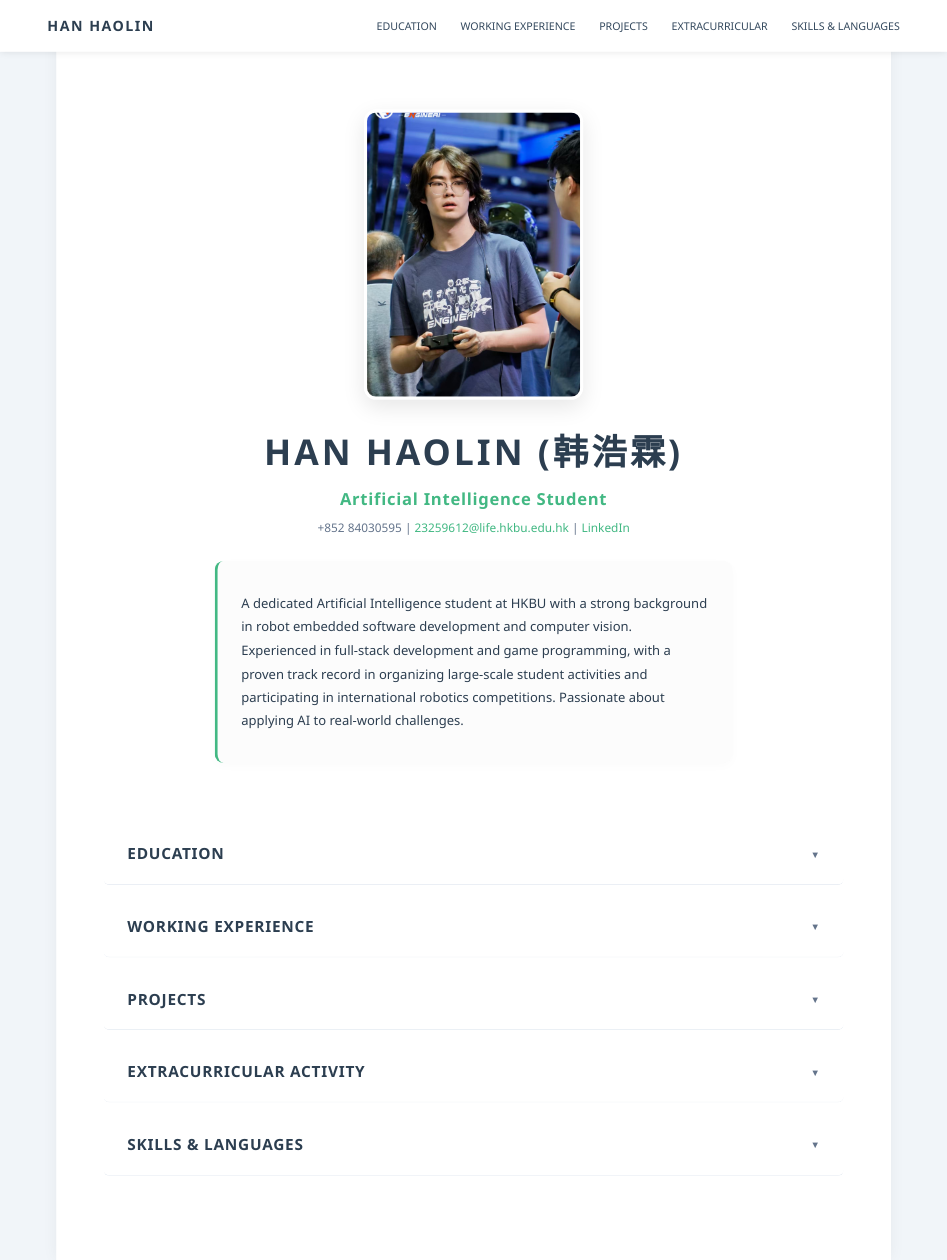
Repository: hhl2802149944-afk/hhl2802149944-afk.github.io
Page: /
The author's editor kept a copy of each file at every save. The page is drawn from the files as they stood at one save, then again after a run of saves.
The browser window is 1280 px wide. The pictures show the whole page, at 74% of full size.
The project was rebuilt for these pictures with package versions that can differ from the ones it lists, and the page was loaded fresh each time. Also part of the build but not shown: vite.config.js, src/components/ProjectCard.vue.

Above is the page before, as saved 2026-01-19 15:23:45.

### index.html
<!DOCTYPE html>
<html lang="en">
  <head>
    <meta charset="UTF-8">
    <link rel="icon" href="/favicon.ico">
    <meta name="viewport" content="width=device-width, initial-scale=1.0">
    <title>Han Haolin - Resume</title>
  </head>
  <body>
    <div id="app"></div>
    <script type="module" src="/src/main.js"></script>
  </body>
</html>

### src/App.vue
<script setup>
import { RouterView } from 'vue-router'
</script>

<template>
  <RouterView />
</template>

<style>
/* Global styles can go here */
</style>

### src/assets/main.css
:root {
  --primary-color: #2c3e50;
  --secondary-color: #34495e;
  --accent-color: #42b883;
  --text-color: #2c3e50;
  --light-text: #64748b;
  --bg-color: #f1f5f9;
  --card-bg: #ffffff;
  --border-color: #e2e8f0;
}

body {
  margin: 0;
  font-family: 'Segoe UI', Roboto, Helvetica, Arial, sans-serif;
  background-color: var(--bg-color);
  color: var(--text-color);
  line-height: 1.6;
}

#app {
  max-width: 1000px;
  margin: 0 auto;
  min-height: 100vh;
  background-color: white;
  box-shadow: 0 0 20px rgba(0,0,0,0.05);
  padding: 3rem 4rem;
}

h1, h2, h3, h4 {
  color: var(--primary-color);
  margin-top: 0;
}

a {
  color: var(--accent-color);
  text-decoration: none;
  transition: color 0.2s;
}

a:hover {
  color: var(--secondary-color);
  text-decoration: underline;
}

@media (max-width: 768px) {
  #app {
    padding: 2rem;
  }
}

@media (max-width: 480px) {
  #app {
    padding: 1rem;
  }
}

### src/views/HomeView.vue
<script setup>
import NavBar from '../components/NavBar.vue'
import ResumeHeader from '../components/ResumeHeader.vue'
import ResumeSection from '../components/ResumeSection.vue'
import ProjectCard from '../components/ProjectCard.vue'

const resumeData = {
  name: "Han Haolin (韩浩霖)",
  title: "Artificial Intelligence Student",
  summary: "A dedicated Artificial Intelligence student at HKBU with a strong background in robot embedded software development and computer vision. Experienced in full-stack development and game programming, with a proven track record in organizing large-scale student activities and participating in international robotics competitions. Passionate about applying AI to real-world challenges.",
  contact: {
    phone: "+852 84030595",
    email: "23259612@life.hkbu.edu.hk",
    linkedin: "https://linkedin.com/in/HaolinHAN"
  },
  education: {
    school: "Hong Kong Baptist University",
    major: "Artificial Intelligence",
    gpa: "3.01/4",
    courses: ["Artificial Intelligence and Machine Learning", "Software Engineering", "Data Communications and Networking"]
  },
  experience: [
    {
      name: "EngineAI Robotics Technology Co., Ltd.",
      date: "May - Aug 2025",
      role: "Robot Embedded Software Intern",
      details: [
        "Learning robot embedded software development based on the Ubuntu system, conducting factory testing of products and developing with the Intel RealSense D435i.",
        "Participate in world-class artificial intelligence exhibitions such as Macau EXPO and WRC, showcasing company products while conducting market research and sales activities"
      ]
    },
    {
      name: "Student Helper for Computer Science",
      date: "Nov - Dec 2024",
      role: "Hong Kong Baptist University",
      details: [
        "Facilitated weekly Python programming labs under professor supervision.",
        "Providing hands-on coding guidance to 30+ undergraduate students."
      ]
    }
  ],
  projects: [
    {
      name: "Internship Management System Documentation",
      date: "Oct 2025 - Dec 2025",
      role: "Software Engineering Project",
      details: [
        "Proposal for Enhancements and Testing Plan for the Internship System.",
        "Total: 105 pages, 13,377 words."
      ]
    },
    {
      name: "Online Multiplayer Drawing and Chat Platform",
      date: "2025",
      role: "Full-Stack Developer",
      details: [
        "Designed and implemented a real-time multiplayer drawing and chat system.",
        "Full-Stack Design for a Library Management Website."
      ]
    },
    {
      name: "Java Game Development Portfolio",
      date: "2024",
      role: "Game Programmer",
      details: [
        "Successfully developed three classic games: Labyrinth, Tetris, and Modern Art.",
        "Designed and developed an original computer game as an independent project."
      ]
    },
    {
      name: "Soccer Recognition AI System",
      date: "2025",
      role: "AI Developer",
      details: [
        "Developed an autonomous model for identifying and tracking players and the ball in soccer footage.",
        "Implemented computer vision algorithms to process real-time sports video data."
      ]
    }
  ],
  extracurricular: [
    {
      name: "Internal Vice President",
      date: "Apr 2024 - Apr 2025",
      role: "HKBU Chinese Students and Scholars Association",
      details: [
        "Communicated with executive board members, organized team building, and improved cohesion.",
        "Organised a two-week orientation programme for 300 new mainland students.",
        "Managed a total of 13 events during the year."
      ]
    },
    {
      name: "ROBOCON 2025，HKBU",
      date: "Dec 2024 - Jan 2025",
      role: "Mechanical Design and Programming Engineer",
      details: [
        "Mechanical designer for the HKBU team in the 2025 Robocon robotics competition.",
        "Assisted with site identification and programming of AI autonomous task modules."
      ]
    }
  ],
  skills: {
    programming: ["Python", "Java", "Javascript", "HTML", "Markdown"],
    ai_tech: ["CNN", "RNN", "GAN", "Ubuntu"],
    publicity: ["Canva", "WeChat Public", "Capcut"]
  },
  languages: [
    { name: "Mandarin", level: "Native" },
    { name: "English", level: "Fluent" },
    { name: "Cantonese", level: "Basic" }
  ]
}
</script>

<template>
  <NavBar />
  <main class="resume-container">
    <ResumeHeader
      :name="resumeData.name"
      :title="resumeData.title"
      :contact="resumeData.contact"
      :summary="resumeData.summary"
    />

    <ResumeSection title="Education" id="education">
      <div class="education-item">
        <div class="edu-header">
          <h3>{{ resumeData.education.school }}</h3>
          <span class="gpa">cGPA: {{ resumeData.education.gpa }}</span>
        </div>
        <p class="major">Major: {{ resumeData.education.major }}</p>
        <p class="courses"><strong>Core Courses:</strong> {{ resumeData.education.courses.join(', ') }}</p>
      </div>
    </ResumeSection>

    <ResumeSection title="Working Experience" id="experience">
      <ProjectCard
        v-for="(exp, index) in resumeData.experience"
        :key="index"
        :project="exp"
      />
    </ResumeSection>

    <ResumeSection title="Projects" id="projects">
      <ProjectCard
        v-for="(proj, index) in resumeData.projects"
        :key="index"
        :project="proj"
      />
    </ResumeSection>

    <ResumeSection title="Extracurricular Activity" id="extracurricular">
      <ProjectCard
        v-for="(item, index) in resumeData.extracurricular"
        :key="index"
        :project="item"
      />
    </ResumeSection>

    <ResumeSection title="Skills & Languages" id="skills">
      <div class="skills-lang-grid">
        <div class="skills-grid">
          <div class="skill-category">
            <h4>Programming</h4>
            <div class="skill-tags">
              <span v-for="skill in resumeData.skills.programming" :key="skill" class="tag">{{ skill }}</span>
            </div>
          </div>
          <div class="skill-category">
            <h4>AI & Tools</h4>
            <div class="skill-tags">
              <span v-for="skill in resumeData.skills.ai_tech" :key="skill" class="tag">{{ skill }}</span>
            </div>
          </div>
          <div class="skill-category">
            <h4>Publicity & Design</h4>
            <div class="skill-tags">
              <span v-for="skill in resumeData.skills.publicity" :key="skill" class="tag">{{ skill }}</span>
            </div>
          </div>
        </div>

        <div class="lang-list">
          <div v-for="lang in resumeData.languages" :key="lang.name" class="lang-item">
            <span class="lang-name">{{ lang.name }}</span>
            <span class="lang-level">{{ lang.level }}</span>
          </div>
        </div>
      </div>
    </ResumeSection>
  </main>
</template>

<style scoped>
.resume-container {
  padding-bottom: 50px;
}

.education-item {
  margin-bottom: 1.5rem;
}

.edu-header {
  display: flex;
  justify-content: space-between;
  align-items: center;
}

.major {
  font-weight: bold;
  color: var(--accent-color);
  margin: 0.2rem 0;
}

.courses {
  font-size: 0.9rem;
  color: #555;
}

.skills-lang-grid {
  display: grid;
  grid-template-columns: 2fr 1fr;
  gap: 2rem;
  align-items: start;
}

.skills-grid {
  display: flex;
  flex-direction: column;
  gap: 1.5rem;
}

.skill-category h4 {
  margin-bottom: 1rem;
  color: var(--secondary-color);
  border-bottom: 1px solid #ddd;
  padding-bottom: 0.3rem;
  font-size: 1rem;
}

.skill-tags {
  display: flex;
  flex-wrap: wrap;
  gap: 0.5rem;
}

.tag {
  background: #eef2f7;
  padding: 0.3rem 0.8rem;
  border-radius: 15px;
  font-size: 0.85rem;
  color: var(--primary-color);
}

.lang-list {
  display: flex;
  flex-direction: column;
  gap: 0.8rem;
}

.lang-item {
  display: flex;
  justify-content: space-between;
  padding: 0.5rem;
  background: white;
  border-radius: 4px;
  border-left: 3px solid var(--accent-color);
  box-shadow: 0 1px 3px rgba(0,0,0,0.05);
}

.lang-name {
  font-weight: bold;
}

.lang-level {
  color: #666;
  font-size: 0.9rem;
}

@media (max-width: 768px) {
  .skills-lang-grid {
    grid-template-columns: 1fr;
  }
}
</style>

### src/components/NavBar.vue
<script setup>
import { ref } from 'vue'

const isMenuOpen = ref(false)

const sections = [
  { id: 'education', name: 'Education' },
  { id: 'experience', name: 'Working Experience' },
  { id: 'projects', name: 'Projects' },
  { id: 'extracurricular', name: 'Extracurricular' },
  { id: 'skills', name: 'Skills & Languages' }
]

const scrollToSection = (id) => {
  const el = document.getElementById(id)
  if (el) {
    el.scrollIntoView({ behavior: 'smooth' })
  }
  isMenuOpen.value = false
}
</script>

<template>
  <nav class="navbar">
    <div class="nav-container">
      <div class="nav-logo" @click="scrollToSection('hero')">HAN HAOLIN</div>

      <div class="nav-links" :class="{ 'nav-active': isMenuOpen }">
        <div v-for="section in sections"
             :key="section.id"
             class="nav-item"
             @click="scrollToSection(section.id)">
          {{ section.name }}
        </div>
      </div>

      <div class="burger" @click="isMenuOpen = !isMenuOpen">
        <div class="line1"></div>
        <div class="line2"></div>
        <div class="line3"></div>
      </div>
    </div>
  </nav>
</template>

<style scoped>
.navbar {
  position: fixed;
  top: 0;
  left: 0;
  width: 100%;
  height: 70px;
  background: white;
  display: flex;
  justify-content: center;
  align-items: center;
  z-index: 1000;
  box-shadow: 0 2px 10px rgba(0,0,0,0.1);
}

.nav-container {
  width: 90%;
  max-width: 1200px;
  display: flex;
  justify-content: space-between;
  align-items: center;
}

.nav-logo {
  font-weight: bold;
  font-size: 1.2rem;
  letter-spacing: 2px;
  cursor: pointer;
  color: var(--primary-color);
}

.nav-links {
  display: flex;
  gap: 2rem;
}

.nav-item {
  cursor: pointer;
  font-weight: 500;
  color: var(--secondary-color);
  transition: color 0.3s;
  font-size: 0.9rem;
  text-transform: uppercase;
}

.nav-item:hover {
  color: var(--accent-color);
}

.burger {
  display: none;
  cursor: pointer;
}

.burger div {
  width: 25px;
  height: 3px;
  background-color: var(--primary-color);
  margin: 5px;
  transition: all 0.3s ease;
}

@media screen and (max-width: 768px) {
  .nav-links {
    position: absolute;
    right: 0px;
    height: 92vh;
    top: 70px;
    background-color: white;
    display: flex;
    flex-direction: column;
    align-items: center;
    width: 50%;
    transform: translateX(100%);
    transition: transform 0.5s ease-in;
    padding-top: 2rem;
  }

  .nav-links.nav-active {
    transform: translateX(0%);
  }

  .burger {
    display: block;
  }
}
</style>

### src/components/ResumeHeader.vue
<script setup>
defineProps({
  name: String,
  title: String,
  contact: Object,
  summary: String
})

const imageUrl = '/assets/HAN Haolin.jpg'
</script>

<template>
  <header class="resume-header" id="hero">
    <div class="header-content">
      <div class="profile-pic-container">
        <img :src="imageUrl" alt="Han Haolin" class="profile-pic">
      </div>
      <div class="text-info">
        <h1>{{ name }}</h1>
        <p class="subtitle">{{ title }}</p>
        <div class="contact-info">
          <span>{{ contact.phone }}</span> |
          <a :href="'mailto:' + contact.email">{{ contact.email }}</a> |
          <a :href="contact.linkedin" target="_blank">LinkedIn</a>
        </div>
        <div class="about-me">
          <p>{{ summary }}</p>
        </div>
      </div>
    </div>
  </header>
</template>

<style scoped>
.resume-header {
  padding: 100px 0 50px 0;
  margin-bottom: 2rem;
  text-align: center;
}

.header-content {
  display: flex;
  flex-direction: column;
  align-items: center;
  gap: 2rem;
}

.text-info {
  max-width: 700px;
}

h1 {
  margin: 0;
  font-size: 3rem;
  text-transform: uppercase;
  letter-spacing: 4px;
  color: var(--primary-color);
}

.subtitle {
  font-size: 1.4rem;
  color: var(--accent-color);
  font-weight: 600;
  margin: 0.5rem 0;
  letter-spacing: 1px;
}

.contact-info {
  font-size: 1rem;
  color: var(--light-text);
  margin-bottom: 2rem;
}

.about-me {
  text-align: left;
  line-height: 1.8;
  font-size: 1.1rem;
  color: var(--text-color);
  background: #fcfcfc;
  padding: 1.5rem 2rem;
  border-radius: 12px;
  border-left: 4px solid var(--accent-color);
  box-shadow: 0 4px 15px rgba(0,0,0,0.02);
}

.profile-pic-container {
  width: 288px; /* 240 * 1.2 */
  height: 384px; /* 320 * 1.2 */
  border-radius: 16px;
  overflow: hidden;
  box-shadow: 0 10px 30px rgba(0,0,0,0.1);
  border: 4px solid white;
}

.profile-pic {
  width: 100%;
  height: 100%;
  object-fit: cover;
}

@media (max-width: 768px) {
  h1 { font-size: 2.2rem; }
  .profile-pic-container {
    width: 200px;
    height: 266px;
  }
}
</style>

### src/components/ResumeSection.vue
<script setup>
import { ref } from 'vue'

defineProps({
  title: String,
  id: String
})

const isOpen = ref(false)
</script>

<template>
  <section :id="id" class="resume-section">
    <div class="section-header" @click="isOpen = !isOpen">
      <h2>{{ title }}</h2>
      <span class="toggle-icon" :class="{ 'is-open': isOpen }">▼</span>
    </div>
    <transition name="fade">
      <div v-if="isOpen" class="section-content">
        <slot></slot>
      </div>
    </transition>
  </section>
</template>

<style scoped>
.resume-section {
  margin-bottom: 1rem;
  background: white;
  border-radius: 8px;
  overflow: hidden;
  border-bottom: 1px solid var(--border-color);
}

.section-header {
  padding: 1.5rem 2rem;
  display: flex;
  justify-content: space-between;
  align-items: center;
  cursor: pointer;
  background: #fff;
  transition: background 0.3s;
}

.section-header:hover {
  background: #fcfcfc;
}

h2 {
  font-size: 1.3rem;
  margin: 0;
  text-transform: uppercase;
  letter-spacing: 1px;
  color: var(--primary-color);
}

.toggle-icon {
  font-size: 0.8rem;
  transition: transform 0.3s;
  color: var(--light-text);
}

.toggle-icon.is-open {
  transform: rotate(180deg);
}

.section-content {
  padding: 0 2rem 2rem 2rem;
}

.fade-enter-active, .fade-leave-active {
  transition: opacity 0.3s ease, transform 0.3s ease;
}

.fade-enter-from, .fade-leave-to {
  opacity: 0;
  transform: translateY(-10px);
}
</style>

Loaded but not shown: src/main.js (common file); src/router/index.js (common file)

After the next 4 saves:
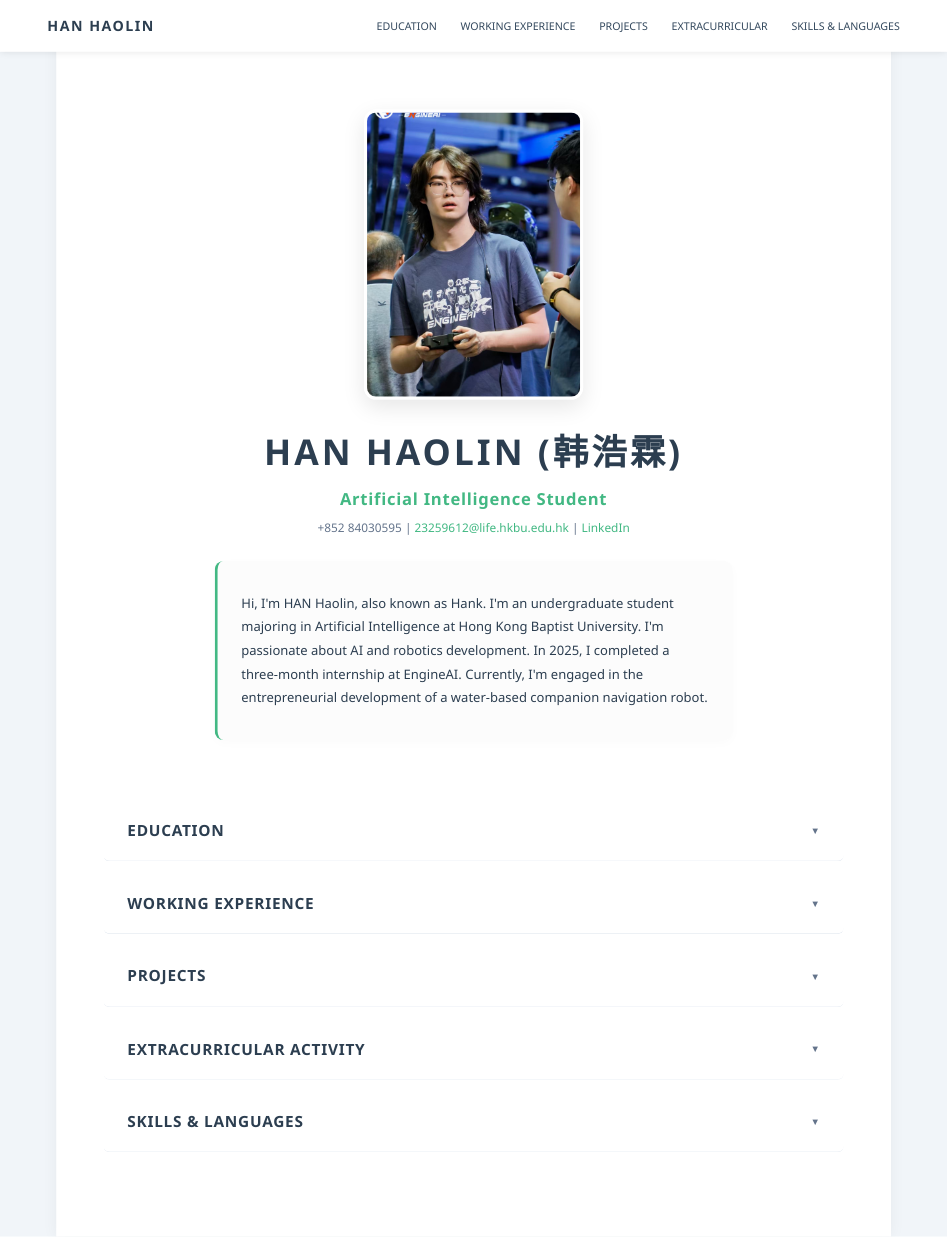
The 4 saves are shown as one change because 2 did not build or start and some came seconds apart.
The last was saved 12 min 29 s later.
--- a/src/views/HomeView.vue
+++ b/src/views/HomeView.vue
@@ -7,7 +7,7 @@ import ProjectCard from '../components/ProjectCard.vue'
 const resumeData = {
   name: "Han Haolin (韩浩霖)",
   title: "Artificial Intelligence Student",
-  summary: "A dedicated Artificial Intelligence student at HKBU with a strong background in robot embedded software development and computer vision. Experienced in full-stack development and game programming, with a proven track record in organizing large-scale student activities and participating in international robotics competitions. Passionate about applying AI to real-world challenges.",
+  summary: "Hi, I'm HAN Haolin, also known as Hank. I'm an undergraduate student majoring in Artificial Intelligence at Hong Kong Baptist University. I'm passionate about AI and robotics development. In 2025, I completed a three-month internship at EngineAI. Currently, I'm engaged in the entrepreneurial development of a water-based companion navigation robot.",
   contact: {
     phone: "+852 84030595",
     email: "23259612@life.hkbu.edu.hk",
